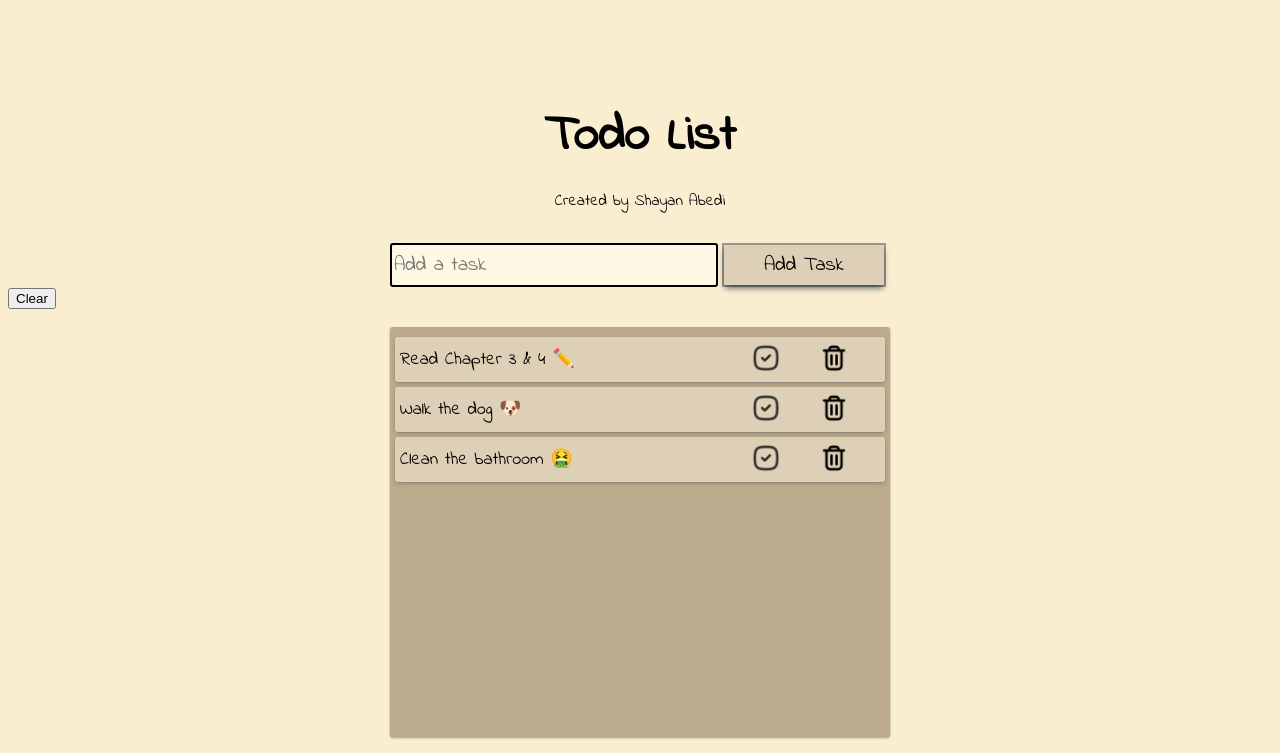
Repository: shayanabedi98/todo-list
Page: /
An editor plug-in stored every save of this project. The page is shown before and after the next save, followed by the edit.
The browser window is 1280 px wide. The pictures show the whole page.
The project was rebuilt for these pictures with package versions that can differ from the ones it lists, and the page was loaded fresh each time. Also part of the build but not shown: vite.config.js.

Above is the page before, as saved 2023-12-30 16:10:25.

After the next save:
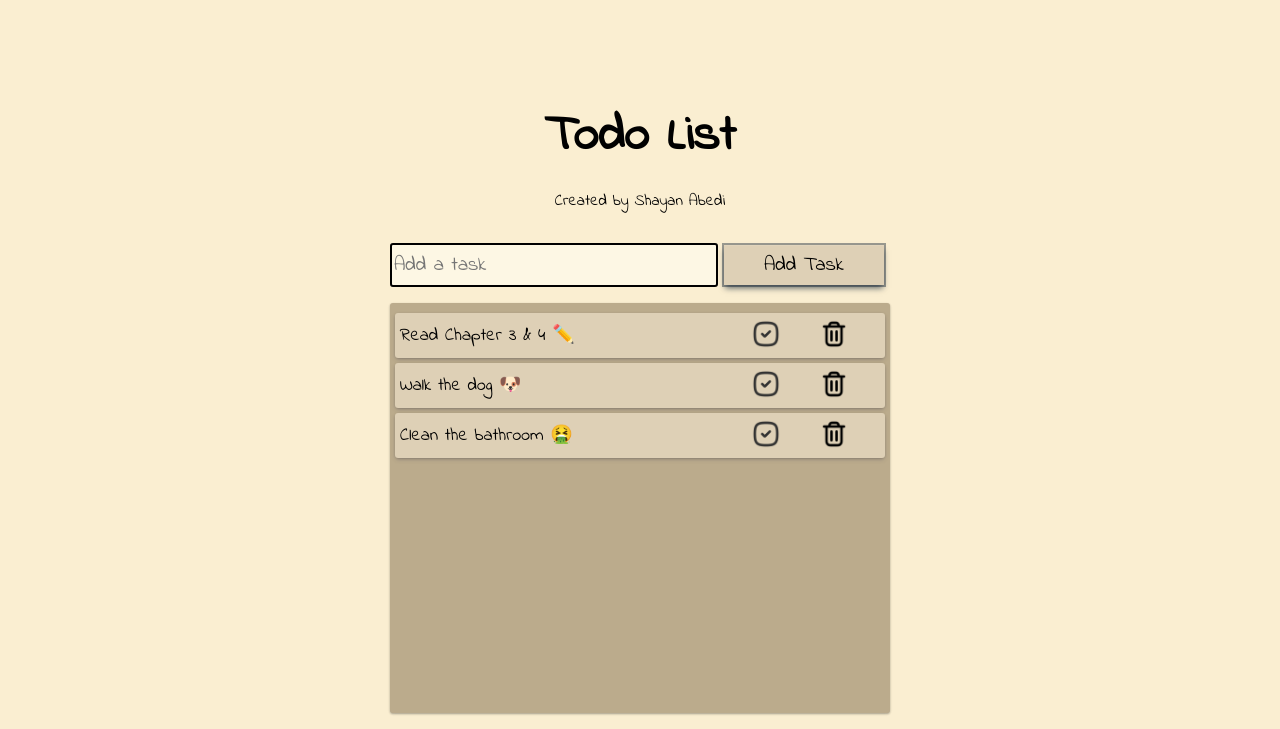
Saved 4 s later.
--- a/src/App.jsx
+++ b/src/App.jsx
@@ -45,7 +45,6 @@ function App() {
       <h1>Todo List</h1>
       <p>Created by Shayan Abedi</p>
       <CreateTask handleChange={handleChange} input={input} addTask={addTask} />
-      <button>Clear</button>
       <TodoList
         list={list}
         handleDelete={handleDelete}
